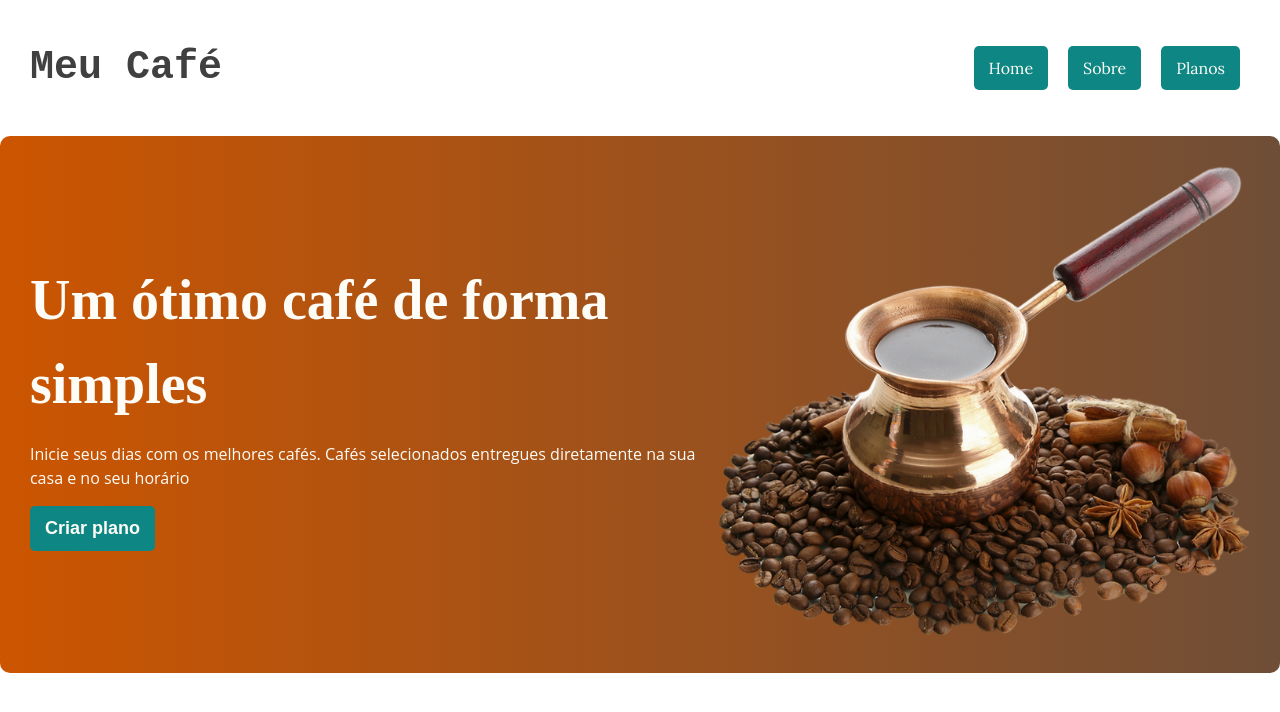
Repository: meiotera/meu_cafe.dev
Page: /
The author's editor kept a copy of each file at every save. The page is drawn from the files as they stood at one save, then again after the next save.
The browser window is 1280 px wide. The pictures show the whole page.
The project was rebuilt for these pictures with package versions that can differ from the ones it lists, and the page was loaded fresh each time. Also part of the build but not shown: vite.config.js, src/Pages/AboutUs.jsx, src/Pages/YourPlane.jsx.

Above is the page before, as saved 2025-04-02 19:27:28.

After the next save:
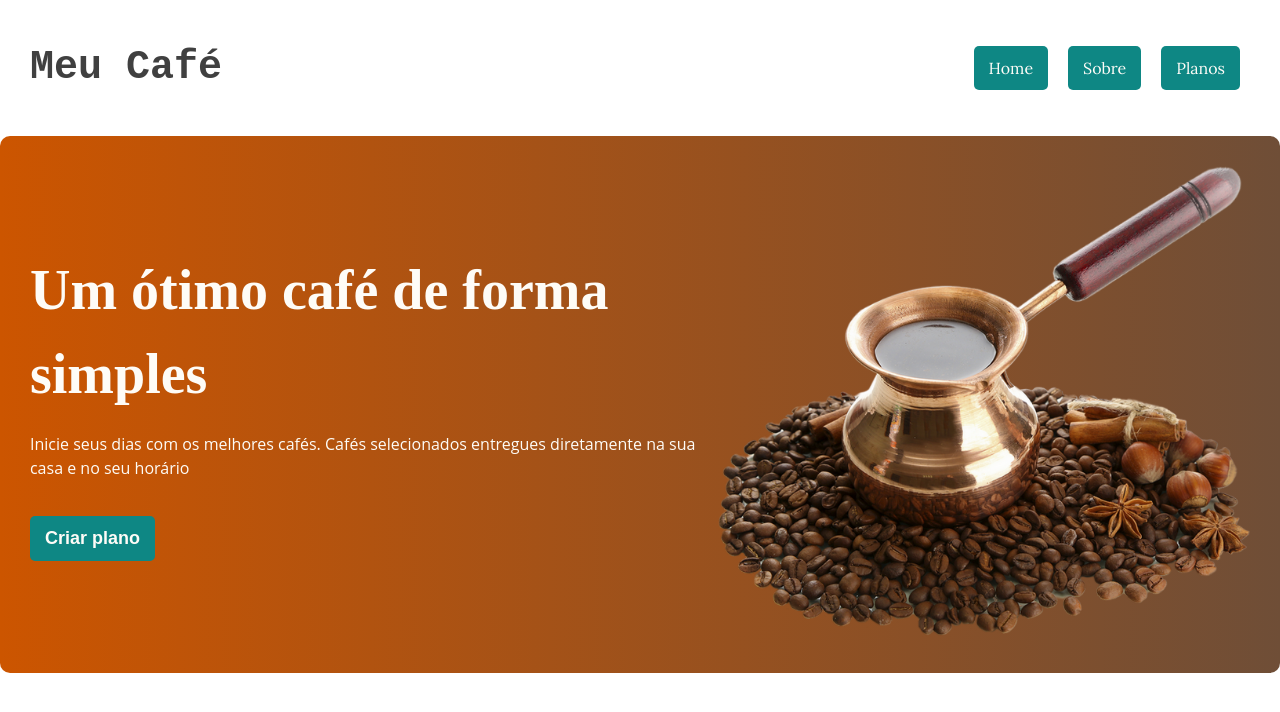
Saved 21 s later.
--- a/src/components/Banner/Banner.module.css
+++ b/src/components/Banner/Banner.module.css
@@ -37,10 +37,10 @@
   font-weight: bold;
   font-size: 18px;
   cursor: pointer;
+  margin-top: 20px;
   transition: ease-in-out 0.2s;
 }
 
 .button:hover {
   background-color: #189b99;
-  margin-top: 20px;
 }
